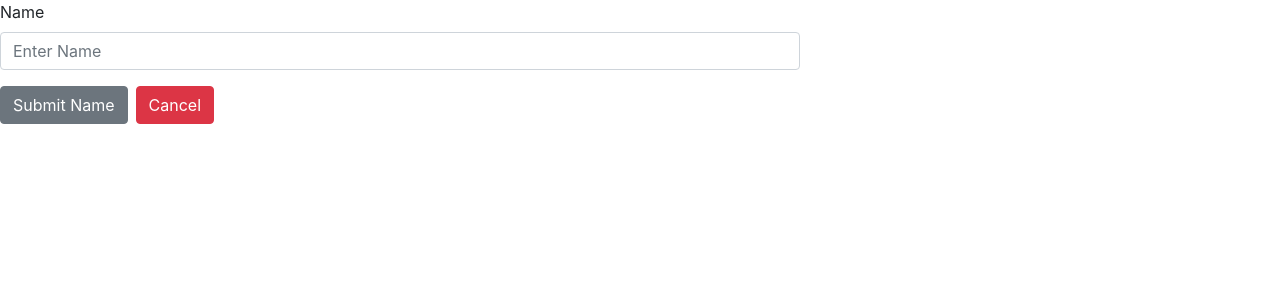
Repository: Abdaljawad-Aya/interview-task
Page: /add (app in javascriptArray/test/)
An editor plug-in stored every save of this project. The page is shown before and after the next save, followed by the edit.
The browser window is 1280 px wide. The pictures show the whole page.
Some web libraries are served in a nearby version. The project was rebuilt for these pictures with package versions that can differ from the ones it lists, and the page was loaded fresh each time. Also part of the build but not shown: javascriptArray/test/src/compnents/Heading.js, javascriptArray/test/src/compnents/UserList.js, javascriptArray/test/src/compnents/Home.js, javascriptArray/test/src/compnents/EditUser.js. Imported but missing from the stored project, and not drawn on this page: javascriptArray/test/src/context/GlobalState.

Above is the page before, as saved 2021-03-10 20:45:48.

### javascriptArray/test/public/index.html
<!DOCTYPE html>
<html lang="en">
  <head>
    <meta charset="utf-8" />
    <link rel="icon" href="%PUBLIC_URL%/favicon.ico" />
    <meta name="viewport" content="width=device-width, initial-scale=1" />
    <meta name="theme-color" content="#000000" />
    <meta
      name="description"
      content="Web site created using create-react-app"
    />
    <link rel="apple-touch-icon" href="%PUBLIC_URL%/logo192.png" />
    <!--
      manifest.json provides metadata used when your web app is installed on a
      user's mobile device or desktop. See https://developers.google.com/web/fundamentals/web-app-manifest/
    -->
    <link rel="manifest" href="%PUBLIC_URL%/manifest.json" />
    <!--
      Notice the use of %PUBLIC_URL% in the tags above.
      It will be replaced with the URL of the `public` folder during the build.
      Only files inside the `public` folder can be referenced from the HTML.

      Unlike "/favicon.ico" or "favicon.ico", "%PUBLIC_URL%/favicon.ico" will
      work correctly both with client-side routing and a non-root public URL.
      Learn how to configure a non-root public URL by running `npm run build`.
    -->

   <link rel="stylesheet" href="https://maxcdn.bootstrapcdn.com/bootstrap/4.0.0/css/bootstrap.min.css" integrity="sha384-Gn5384xqQ1aoWXA+058RXPxPg6fy4IWvTNh0E263XmFcJlSAwiGgFAW/dAiS6JXm" crossorigin="anonymous">
    <title>React App</title>
  </head>
  <body>
    <noscript>You need to enable JavaScript to run this app.</noscript>
    <div id="root"></div>
    <!--
      This HTML file is a template.
      If you open it directly in the browser, you will see an empty page.

      You can add webfonts, meta tags, or analytics to this file.
      The build step will place the bundled scripts into the <body> tag.

      To begin the development, run `npm start` or `yarn start`.
      To create a production bundle, use `npm run build` or `yarn build`.
    -->
      <script src="https://code.jquery.com/jquery-3.2.1.slim.min.js" integrity="sha384-KJ3o2DKtIkvYIK3UENzmM7KCkRr/rE9/Qpg6aAZGJwFDMVNA/GpGFF93hXpG5KkN" crossorigin="anonymous"></script>
    <script src="https://cdnjs.cloudflare.com/ajax/libs/popper.js/1.12.9/umd/popper.min.js" integrity="sha384-ApNbgh9B+Y1QKtv3Rn7W3mgPxhU9K/ScQsAP7hUibX39j7fakFPskvXusvfa0b4Q" crossorigin="anonymous"></script>
    <script src="https://maxcdn.bootstrapcdn.com/bootstrap/4.0.0/js/bootstrap.min.js" integrity="sha384-JZR6Spejh4U02d8jOt6vLEHfe/JQGiRRSQQxSfFWpi1MquVdAyjUar5+76PVCmYl" crossorigin="anonymous"></script>
  </body>
</html>

### javascriptArray/test/src/index.js
import React from 'react'
import ReactDOM from 'react-dom'
import App from './App'
// import { BrowserRouter as Router } from 'react-router-dom'

ReactDOM.render(
  <React.StrictMode>
    {/* <Router> */}
    <App />
    {/* </Router> */}
  </React.StrictMode>,
  document.getElementById('root'),
)

### javascriptArray/test/src/App.js
import React from 'react'
import { BrowserRouter as Router, Switch, Route } from 'react-router-dom'
import { Home } from './compnents/Home'
import { AddUser } from './compnents/AddUser'
import { EditUser } from './compnents/EditUser'

import 'bootstrap/dist/css/bootstrap.min.css'

function App() {
  return (
    <div className="App" style={{ maxWidth: '50rem' }}>
      <Router>
        <Switch>
          <Route path="/add" component={AddUser} />
          <Route path="/edit/:id" component={EditUser} />
          <Route exact path="/" component={Home} />
        </Switch>
      </Router>
    </div>
  )
}

export default App

// <nav class="navbar navbar-expand-lg navbar-dark bg-dark">
//             <a class="navbar-brand" href="#">
//               React
//             </a>
//             <button
//               class="navbar-toggler"
//               type="button"
//               data-toggle="collapse"
//               data-target="#navbarNavAltMarkup"
//               aria-controls="navbarNavAltMarkup"
//               aria-expanded="false"
//               aria-label="Toggle navigation"
//             >
//               <span class="navbar-toggler-icon"></span>
//             </button>
//             <div class="collapse navbar-collapse" id="navbarNavAltMarkup">
//               <div class="navbar-nav">
//                 <a class="nav-item nav-link active" href="#">
//                   <span class="sr-only">(current)</span>
//                 </a>
//                 <a class="nav-link" href="#"></a>
//                 <a class="nav-link" href="#"></a>
//               </div>
//             </div>
//           </nav>

### javascriptArray/test/src/compnents/AddUser.js
import React from 'react'
import { Link } from 'react-router-dom'
import { Form, FormGroup, Label, Input, Button } from 'reactstrap'
export const AddUser = () => {
  return (
    <Form>
      <FormGroup>
        <Label>Name</Label>
        <Input type="text" placeholder="Enter Name"></Input>
      </FormGroup>
      <Button type="submit">Submit Name</Button>
      <Link to="/" className="btn btn-danger ml-2">
        Cancel
      </Link>
    </Form>
  )
}

After the next save:
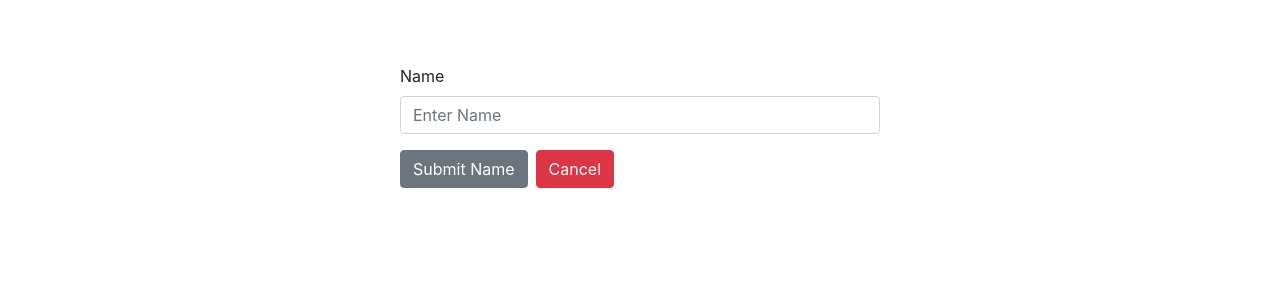
Saved 10 s later.
--- a/javascriptArray/test/src/App.js
+++ b/javascriptArray/test/src/App.js
@@ -8,7 +8,7 @@ import 'bootstrap/dist/css/bootstrap.min.css'
 
 function App() {
   return (
-    <div className="App" style={{ maxWidth: '50rem' }}>
+    <div className="App" style={{ maxWidth: '30rem', margin: '4rem auto' }}>
       <Router>
         <Switch>
           <Route path="/add" component={AddUser} />
